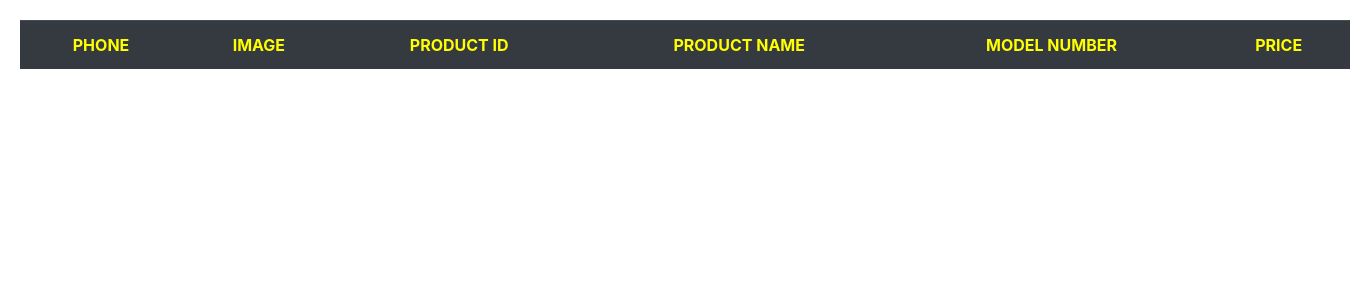
Repository: piyushj81/ComputerShop
Page: http://localhost/computershop/userCartdetailscontroller
These files come from the project's save history. The page is drawn as it stood at one moment and after the next save; the edit follows.
The browser window is 1280 px wide. The page is 1350 px wide, so the pictures cover 1350 px, including what lies to the right of the window. The pictures show the whole page.
The page is served by Tomcat 9. Other server files are loaded and not shown. Queries for data that is not in the repository find no rows.

Above is the page before, as saved 2021-10-15 10:00:25.

### computershop/WebContent/usercart.jsp
<%@page import="com.shop.dto.Cart"%>
<%@page import="com.shop.dto.Customer"%>
<%@page import="java.sql.ResultSet"%>
<%@page import="java.sql.PreparedStatement"%>
<%@page import="java.sql.Connection"%>
<%@page import="java.sql.DriverManager"%>
<%@page import="java.util.HashMap"%>
<%@page import="java.util.ArrayList"%>
<%@page import="com.shop.dto.Customer"%>
<%@ page language="java" contentType="text/html; charset=ISO-8859-1"
    pageEncoding="ISO-8859-1"%>
<!DOCTYPE html>
<html>
<head>
<meta charset="ISO-8859-1">
<title>user cart details</title>
<link rel="stylesheet" href="computershop.css">
<link rel="stylesheet"
	href="https://cdnjs.cloudflare.com/ajax/libs/font-awesome/4.7.0/css/font-awesome.min.css">
<link rel="stylesheet"
	href="https://cdn.jsdelivr.net/npm/bootstrap@4.5.3/dist/css/bootstrap.min.css"
	integrity="sha384-TX8t27EcRE3e/ihU7zmQxVncDAy5uIKz4rEkgIXeMed4M0jlfIDPvg6uqKI2xXr2"
	crossorigin="anonymous">
<script src="https://code.jquery.com/jquery-3.5.1.slim.min.js"
	integrity="sha384-DfXdz2htPH0lsSSs5nCTpuj/zy4C+OGpamoFVy38MVBnE+IbbVYUew+OrCXaRkfj"
	crossorigin="anonymous"></script>
<script
	src="https://cdn.jsdelivr.net/npm/bootstrap@4.5.3/dist/js/bootstrap.bundle.min.js"
	integrity="sha384-ho+j7jyWK8fNQe+A12Hb8AhRq26LrZ/JpcUGGOn+Y7RsweNrtN/tE3MoK7ZeZDyx"
	crossorigin="anonymous"></script>

</head>
<body>
<%

Class.forName("com.mysql.jdbc.Driver");
Customer cst = null;
Connection con = DriverManager.getConnection("jdbc:mysql://localhost:3306/shop", "root", "root");
try {
	PreparedStatement ps = con.prepareStatement("Select * from customerlogin where username= ? ");
	ps.setString(1, (String) session.getAttribute("user"));

	ResultSet rs = ps.executeQuery();
	if (rs.next()) {
		cst = new Customer(rs.getString("username"), rs.getString("phone"), rs.getString("password"));
	}
} catch (Exception e) {
	e.printStackTrace();
}

ArrayList<Cart> list2 = (ArrayList<Cart>) request.getAttribute("list2");
						if(!(list2 == null) || !(list2.isEmpty())) {


					%>

				<table style="width:175%;text-align:center; color:yellow;"    class="table table-hover table-dark tablesm"   >
					<tr>
						<th>PHONE</th>
						<th>IMAGE</th>
						<th>PRODUCT ID</th>
						<th>PRODUCT NAME</th>
						<th>MODEL NUMBER</th>
						<th>PRICE</th>

					</tr>
					<%
					for (Cart ct : list2) {
					%>

					<tr>

						<td><%=ct.getPhone() %></td>
						<td> <img alt="" src="<%=ct.getPic()%>"style ="max-height:50%; max-width:70%"> </td>
						<td><%=ct.getId() %></td>
						<td><%=ct.getPname() %></td>
						<td><%=ct.getModel()%></td>
						<td><%=ct.getPrice()%></td>

				</tr>


					<%
					}
					%>


				</table>

				<%
			}else {
				out.println("LIST NOT AVAILAIBLE");

				}
				%>
		</body>
</html>

### computershop/src/com/computershop/controller/userCartdetailscontroller.java
package com.computershop.controller;

import java.io.IOException;
import java.util.ArrayList;

import javax.servlet.RequestDispatcher;
import javax.servlet.ServletException;
import javax.servlet.annotation.WebServlet;
import javax.servlet.http.HttpServlet;
import javax.servlet.http.HttpServletRequest;
import javax.servlet.http.HttpServletResponse;

import com.shop.dto.Cart;
import com.shop.modeldao.CustomerModel;


@WebServlet("/userCartdetailscontroller")
public class userCartdetailscontroller extends HttpServlet {
	private static final long serialVersionUID = 1L;
	protected void doGet(HttpServletRequest request, HttpServletResponse response) throws ServletException, IOException {

		CustomerModel model = new CustomerModel();
		ArrayList<Cart> list2 = model.showcartitemtoadmin();
		request.setAttribute("list2", list2);
		RequestDispatcher rd = request.getRequestDispatcher("usercart.jsp");
		rd.forward(request, response);

		}


	protected void doPost(HttpServletRequest request, HttpServletResponse response) throws ServletException, IOException {



	}

}

### computershop/src/com/shop/modeldao/CustomerModel.java
package com.shop.modeldao;

import java.sql.Connection;
import java.sql.DriverManager;
import java.sql.PreparedStatement;
import java.sql.ResultSet;
import java.util.ArrayList;

import com.shop.dto.Admin;
import com.shop.dto.Cart;
import com.shop.dto.Customer;
import com.shop.dto.Form;
import com.shop.dto.Product;
import com.shop.dto.Shop;

public class CustomerModel {
	public static Connection createConnection() {
		Connection con = null;

		try {

			Class.forName("com.mysql.jdbc.Driver");
			con = DriverManager.getConnection("jdbc:mysql://localhost:3306/shop", "root", "root");

		} catch (Exception e) {
			e.printStackTrace();

		}

		return con;

	}

	public int checkCustomerlogin(String user, String password) {
		Connection con = null;
		int i = 0;
		try {
			con = createConnection();
			PreparedStatement ps = con.prepareStatement("select * from customerlogin where username=? and password=?");
			ps.setString(1, user);
			ps.setString(2, password);
			ResultSet rs = ps.executeQuery();
			if (rs.next()) {
				i = 1;
			}
		} catch (Exception e) {
			e.printStackTrace();
		}
		return i;

	}

	public int admitCustomer(Customer cst) {
		int i = 0;
		Connection con = null;
		try {
			con = createConnection();
			PreparedStatement ps = con.prepareStatement("insert into customerlogin values(?, ?, ?)");
			ps.setString(1, cst.getPhone());
			ps.setString(2, cst.getName());
			ps.setString(3, cst.getPassword());
			i = ps.executeUpdate();

		} catch (Exception e) {
			e.printStackTrace();

		}

		return i;
	}

	public int checkadminlogin(String adminusername, String pwd) {
		int i = 0;
		Connection con = null;

		try {
			con = createConnection();
			PreparedStatement ps = con
					.prepareStatement("select * from adminlogin where adminusername=? and password=?");
			ps.setString(1, adminusername);
			ps.setString(2, pwd);
			ResultSet rs = ps.executeQuery();
			if (rs.next()) {
				i = 1;
			}
		} catch (Exception e) {
			e.printStackTrace();
		}

		return i;
	}

	public ArrayList<Product> getmouseDetails() {
		ArrayList<Product> list = new ArrayList<Product>();
		try {
			Connection con = createConnection();
			PreparedStatement ps = con.prepareStatement("select * from mouse");
			ResultSet rs = ps.executeQuery();
			while (rs.next()) {
				Product pt = new Product(rs.getString("id"), rs.getString("pname"), rs.getInt("model"),
						rs.getString("price"), rs.getString("pic"));
				list.add(pt);

			}

		} catch (Exception e) {
			e.printStackTrace();
		}

		return list;
	}

	public Product selectdatafrommouseincart(String id, String phone) {
		Product pt = null;
		Connection con = null;

		try {
			con = createConnection();

			PreparedStatement ps = con.prepareStatement("select * from mouse where id=?");
			ps.setString(1, id);

			ResultSet rs = ps.executeQuery();
			if (rs.next()) {
				pt = new Product(rs.getString("id"), rs.getString("pname"), rs.getInt("model"), rs.getString("price"),
						rs.getString("pic"));

			}
		} catch (Exception e) {
			e.printStackTrace();

		}
		return pt;
	}

	public int insertproductdata(Product pt, String id, String phone) {

		int i = 0;
		Connection con = null;
		try {
			con = createConnection();
			PreparedStatement ps = con.prepareStatement("insert into cart values(?,?,?,?,?,?)");
			ps.setString(1, phone);
			ps.setString(2, id);
			ps.setString(3, pt.getPname());
			ps.setInt(4, pt.getModel());
			ps.setString(5, pt.getPrice());
			ps.setString(6, pt.getPic());
			i = ps.executeUpdate();

		} catch (Exception e) {
			e.printStackTrace();

		}

		return i;
	}

	public ArrayList<Product> getusercartdetail(String phone) {
		Product pt = null;
		ArrayList<Product> list1 = new ArrayList<Product>();
		Connection con = null;
		try {
			con = createConnection();
			PreparedStatement ps = con.prepareStatement("select * from cart where phone=?");
			ps.setString(1, phone);
			ResultSet rs = ps.executeQuery();
			while (rs.next()) {

				pt = new Product(rs.getString("id"), rs.getString("pname"), rs.getInt("model"), rs.getString("price"),
						rs.getString("pic"));

				list1.add(pt);
			}

		} catch (Exception e) {
			e.printStackTrace();

		}
		return list1;
	}

	public int deleteitem(String id) {
		Connection con = null;
		int i = 0;
		try {
			con = createConnection();
			PreparedStatement ps = con.prepareStatement("delete  from cart where id=?");
			ps.setString(1, id);
			i = ps.executeUpdate();

		} catch (Exception e) {
			e.printStackTrace();
		}
		return i;
	}

	public ArrayList<Product> getusercartdetails(String phone) {
		Product pt = null;
		ArrayList<Product> list1 = new ArrayList<Product>();
		Connection con = null;
		try {
			con = createConnection();
			PreparedStatement ps = con.prepareStatement("select * from cart where phone=?");
			ps.setString(1, phone);
			ResultSet rs = ps.executeQuery();
			while (rs.next()) {

				pt = new Product(rs.getString("id"), rs.getString("pname"), rs.getInt("model"), rs.getString("price"),
						rs.getString("pic"));

				list1.add(pt);
			}

		} catch (Exception e) {
			e.printStackTrace();

		}
		return list1;
	}

	public ArrayList<Product> getmotherboardDetails() {
		ArrayList<Product> list = new ArrayList<Product>();
		try {
			Connection con = createConnection();
			PreparedStatement ps = con.prepareStatement("select * from motherboard");
			ResultSet rs = ps.executeQuery();
			while (rs.next()) {
				Product pt = new Product(rs.getString("id"), rs.getString("pname"), rs.getInt("model"),
						rs.getString("price"), rs.getString("pic"));
				list.add(pt);

			}

		} catch (Exception e) {
			e.printStackTrace();
		}

		return list;
	}

	public Product selectdatafrommotherboardincart(String id, String phone) {
		Product pt = null;
		Connection con = null;

		try {
			con = createConnection();

			PreparedStatement ps = con.prepareStatement("select * from motherboard where id=?");
			ps.setString(1, id);

			ResultSet rs = ps.executeQuery();
			if (rs.next()) {
				pt = new Product(rs.getString("id"), rs.getString("pname"), rs.getInt("model"), rs.getString("price"),
						rs.getString("pic"));

			}
		} catch (Exception e) {
			e.printStackTrace();

		}
		return pt;
	}

	public ArrayList<Product> getcpuDetails() {
		ArrayList<Product> list = new ArrayList<Product>();
		try {
			Connection con = createConnection();
			PreparedStatement ps = con.prepareStatement("select * from cpu");
			ResultSet rs = ps.executeQuery();
			while (rs.next()) {
				Product pt = new Product(rs.getString("id"), rs.getString("pname"), rs.getInt("model"),
						rs.getString("price"), rs.getString("pic"));
				list.add(pt);

			}

		} catch (Exception e) {
			e.printStackTrace();
		}

		return list;
	}

	public Product selectdatafromcpuincart(String id, String phone) {
		Product pt = null;
		Connection con = null;

		try {
			con = createConnection();

			PreparedStatement ps = con.prepareStatement("select * from cpu where id=?");
			ps.setString(1, id);

			ResultSet rs = ps.executeQuery();
			if (rs.next()) {
				pt = new Product(rs.getString("id"), rs.getString("pname"), rs.getInt("model"), rs.getString("price"),
						rs.getString("pic"));

			}
		} catch (Exception e) {
			e.printStackTrace();

		}
		return pt;
	}

	public ArrayList<Product> getmonitorDetails() {
		ArrayList<Product> list = new ArrayList<Product>();
		try {
			Connection con = createConnection();
			PreparedStatement ps = con.prepareStatement("select * from monitor");
			ResultSet rs = ps.executeQuery();
			while (rs.next()) {
				Product pt = new Product(rs.getString("id"), rs.getString("pname"), rs.getInt("model"),
						rs.getString("price"), rs.getString("pic"));
				list.add(pt);

			}

		} catch (Exception e) {
			e.printStackTrace();
		}

		return list;
	}

	public Product selectdatafrommonitorincart(String id, String phone) {
		Product pt = null;
		Connection con = null;

		try {
			con = createConnection();

			PreparedStatement ps = con.prepareStatement("select * from monitor where id=?");
			ps.setString(1, id);

			ResultSet rs = ps.executeQuery();
			if (rs.next()) {
				pt = new Product(rs.getString("id"), rs.getString("pname"), rs.getInt("model"), rs.getString("price"),
						rs.getString("pic"));

			}
		} catch (Exception e) {
			e.printStackTrace();

		}
		return pt;


	}

	public ArrayList<Product> getfanDetails() {
		ArrayList<Product> list = new ArrayList<Product>();
		try {
			Connection con = createConnection();
			PreparedStatement ps = con.prepareStatement("select * from fan");
			ResultSet rs = ps.executeQuery();
			while (rs.next()) {
				Product pt = new Product(rs.getString("id"), rs.getString("pname"), rs.getInt("model"),
						rs.getString("price"), rs.getString("pic"));
				list.add(pt);

			}

		} catch (Exception e) {
			e.printStackTrace();
		}

		return list;
	}

	public Product selectdatafromfanincart(String id, String phone) {
		Product pt = null;
		Connection con = null;

		try {
			con = createConnection();

			PreparedStatement ps = con.prepareStatement("select * from fan where id=?");
			ps.setString(1, id);

			ResultSet rs = ps.executeQuery();
			if (rs.next()) {
				pt = new Product(rs.getString("id"), rs.getString("pname"), rs.getInt("model"), rs.getString("price"),
						rs.getString("pic"));

			}
		} catch (Exception e) {
			e.printStackTrace();

		}
		return pt;




	}

	public ArrayList<Product> getramDetails() {
		ArrayList<Product> list = new ArrayList<Product>();
		try {
			Connection con = createConnection();
			PreparedStatement ps = con.prepareStatement("select * from ram");
			ResultSet rs = ps.executeQuery();
			while (rs.next()) {
				Product pt = new Product(rs.getString("id"), rs.getString("pname"), rs.getInt("model"),
						rs.getString("price"), rs.getString("pic"));
				list.add(pt);

			}

		} catch (Exception e) {
			e.printStackTrace();
		}

		return list;
	}

	public Product selectdatafromramincart(String id, String phone) {
		Product pt = null;
		Connection con = null;

		try {
			con = createConnection();

			PreparedStatement ps = con.prepareStatement("select * from ram where id=?");
			ps.setString(1, id);

			ResultSet rs = ps.executeQuery();
			if (rs.next()) {
				pt = new Product(rs.getString("id"), rs.getString("pname"), rs.getInt("model"), rs.getString("price"),
						rs.getString("pic"));

			}
		} catch (Exception e) {
			e.printStackTrace();

		}
		return pt;





			}

	public ArrayList<Product> getkeyboardDetails() {
		ArrayList<Product> list = new ArrayList<Product>();
		try {
			Connection con = createConnection();
			PreparedStatement ps = con.prepareStatement("select * from keyboard");
			ResultSet rs = ps.executeQuery();
			while (rs.next()) {
				Product pt = new Product(rs.getString("id"), rs.getString("pname"), rs.getInt("model"),
						rs.getString("price"), rs.getString("pic"));
				list.add(pt);

			}

		} catch (Exception e) {
			e.printStackTrace();
		}

		return list;
	}

	public Product selectdatafromkeyboardincart(String id, String phone) {
		Product pt = null;
		Connection con = null;

		try {
			con = createConnection();

			PreparedStatement ps = con.prepareStatement("select * from keyboard where id=?");
			ps.setString(1, id);

			ResultSet rs = ps.executeQuery();
			if (rs.next()) {
				pt = new Product(rs.getString("id"), rs.getString("pname"), rs.getInt("model"), rs.getString("price"),
						rs.getString("pic"));

			}
		} catch (Exception e) {
			e.printStackTrace();

		}
		return pt;

	}

	public ArrayList<Cart> showcartitemtoadmin() {

	 ArrayList<Cart> list2 = new ArrayList<Cart>();
	 try {
	  Connection con = createConnection();

	 PreparedStatement ps = con.prepareStatement("select * from cart");

	 ResultSet rs = ps.executeQuery();
		while (rs.next()) {
			Cart ct = new Cart(rs.getString("phone"),rs.getString("id"), rs.getString("pname"),rs.getInt("model"), rs.getString("price"),rs.getString("pic"));
			list2.add(ct);
		}
	 }catch(Exception e){
			e.printStackTrace();

		}


	return list2;

	}

	public int insertshoppingDetails(String id, String cname,Shop s) {
		int i=0;
		Connection con = null;
		try {
			con = createConnection();
			PreparedStatement ps =	con.prepareStatement("insert into shopping values(?,?,?,?,?,?,?,?,?,?,?)");
			ps.setString(1, id);
			ps.setString(2, s.getPhone());
			ps.setString(3, cname);
			ps.setString(4, s.getPic());
			ps.setString(5, s.getPname());
			ps.setInt(6, s.getModel());

			ps.setString(7, s.getPrice());
			ps.setString(8, null);
			ps.setString(9, null);
			ps.setString(10,null);

			ps.setString(11,null);

			i = ps.executeUpdate();

		} catch (Exception e) {
			e.printStackTrace();

	}
		return i;
	}

	public Shop selectshoppingDetailsfromcarttable(String id,String cname) {
		 Shop s = null;
		 Connection con = null;

		try {
			   con = createConnection();

			 PreparedStatement ps = con.prepareStatement("select * from cart where id=?");
			ps.setString(1, id);
			 ResultSet rs = ps.executeQuery();
				while (rs.next()) {
					s  = new Shop(rs.getString("id"),rs.getString("phone"), rs.getString("pname"),rs.getInt("model"), rs.getString("price"),rs.getString("pic"));

				}



			 }catch(Exception e){
					e.printStackTrace();

				}

			return s;
				}

	public int updatedetailsinshopping(Form f) {

		int i = 0;
		Connection con = null;
		try {
			con = createConnection();
			PreparedStatement ps = con.prepareStatement("update shopping set address=?, city=?,pincode=? ,state=?  where phone=?");
			ps.setString(1, f.getAddress());

			ps.setString(2, f.getCity());
			ps.setString(3, f.getPincode());
			ps.setString(4, f.getState());
			ps.setString(5, f.getPhone());
			i = ps.executeUpdate();





		} catch (Exception e) {
			e.printStackTrace();

		}
		return i;
	}

	public ArrayList<Admin> getshoppingDetails() {

		ArrayList<Admin> list = new ArrayList<Admin>();
		Connection con = null;

		try {
			con = createConnection();
			PreparedStatement ps = con.prepareStatement("select * from shopping");

			ResultSet rs = ps.executeQuery();

			while(rs.next())	{
				Admin a = new Admin(rs.getString("id"),rs.getString("phone"),rs.getString("cname"),rs.getString("pic"),rs.getString("pname"),rs.getInt("model"),rs.getString("price"),rs.getString("address"),rs.getString("city"),rs.getString("pincode"),rs.getString("state"));
				list.add(a);

			}
		}catch (Exception e) {

			e.printStackTrace();

		}


		return list;
}

}

### computershop/WebContent/computershop.css
.left{
    margin: -21px auto;
    margin-left: -20px;
    padding: 9px;
    background-color: black;
    width: 178%;
}
.left a{
    text-decoration: none;
    color: white;
}
.left a:hover{
    background-color: red;
    text-decoration: none;
    color: white;
}
.left button{
    width: 9%;
}
.left button:hover{
    background-color: yellow;


}
.leftright{
    float: right;
}
.mid{
    text-decoration: none;
    height: 99px;
    background-color:black;
    display: block;
    width: 178%;
    margin: 22px auto;
    margin-left: -20px;
    top:20px;
    padding: 20px;
}
.right{
    position: absolute;

    right: 60px;
    top: 42%;
    display: inline-block;
    padding: 23px;
    width: 85%;
    height: 50%;
}
.navbar{
display: inline-block;
}
.navbar li{
    display: inline-block;
    font-size: 17px;

}
.navbar li a{
color:white;
text-decoration: none;
padding: 27px;
}
.navbar li a:hover{
    background-color:red;
    text-decoration: none;
    width:70px;
    }

.peripheral{
    color:red;

    width: 167%;

}
.image {
    height: 120%;
     width: 100%;


    }
.image a:hover{
    text-decoration: none;
    background-color: yellow;
    width:150%;
    color: tomato;
}

#myho:hover{
    height: 150px;
    width: 150px;

}

.footer{
    position: absolute;
background-color:  black;
margin-left: -20px;
bottom: -230px;
  width: 100%;
  height: 40%;
  padding: 10px;
}

.footerleft li{
    list-style-type: none;
}
.footerright li{
    list-style-type: none;
}

.footerleft li a{
    text-decoration: none;
    color: white;

}
.footerleft li a:hover{
background-color: red;
text-decoration: none;

}
.footerright li a{
    text-decoration: none;
    color: white;

}
.footerright li a:hover{
    background-color: red;
text-decoration: none;

}
.fa {
    padding: 10px;
    font-size: 70px;
    width: 72px;
    text-align: center;
    text-decoration: none;
    border-radius: 70%;
    background-color: #ffffff ;
}
.fa:hover{
    text-decoration: none;
    background-color: skyblue;

}


  body {
    font-family: Arial;
    margin: 0 auto; /* Center website */
    max-width: 800px; /* Max width */
    padding: 20px;
  }

  .heading {
    font-size: 25px;
    margin-right: 25px;
  }

  .fa {
    font-size: 100px;
  }

  .checked:hover {
      background-color: white;
    color: orange;
  }

   .pics{


    padding: 40px;
    width: 127%;
    margin-left: 300px;

  }
  .pics a{
    -webkit-font-smoothing: auto;
    text-decoration: none;
    color: black;

}
.pics a:hover{
    background-color: red;
    text-decoration: none;
    }
    .centrediv{

        margin-top: -2700px;
    }
    @import url('https://fonts.googleapis.com/css?family=Raleway:100,200,300,400,500,600,700,800,900&display=swap');
html,body {
    font-family: 'Raleway', sans-serif;
}
.thankyou-page ._header {
    background: #fee028;
    padding: 100px 30px;
    text-align: center;
    background: #fee028 url(https://codexcourier.com/images/main_page.jpg) center/cover no-repeat;
}
.thankyou-page ._header .logo {
    max-width: 200px;
    margin: 0 auto 50px;
}
.thankyou-page ._header .logo img {
    width: 100%;
}
.thankyou-page ._header h1 {
    font-size: 65px;
    font-weight: 800;
    color: white;
    margin: 0;
}
.thankyou-page ._body {
    margin: -70px 0 30px;
}
.thankyou-page ._body ._box {
    margin: auto;
    max-width: 80%;
    padding: 50px;
    background: white;
    border-radius: 3px;
    box-shadow: 0 0 35px rgba(10, 10, 10,0.12);
    -moz-box-shadow: 0 0 35px rgba(10, 10, 10,0.12);
    -webkit-box-shadow: 0 0 35px rgba(10, 10, 10,0.12);
}
.thankyou-page ._body ._box h2 {
    font-size: 32px;
    font-weight: 600;
    color: #4ab74a;
}
.thankyou-page ._footer {
    text-align: center;
    padding: 50px 30px;
}

.thankyou-page ._footer .btn {
    background: #4ab74a;
    color: white;
    border: 0;
    font-size: 14px;
    font-weight: 600;
    border-radius: 0;
    letter-spacing: 0.8px;
    padding: 20px 33px;
    text-transform: uppercase;
}

After the next save:
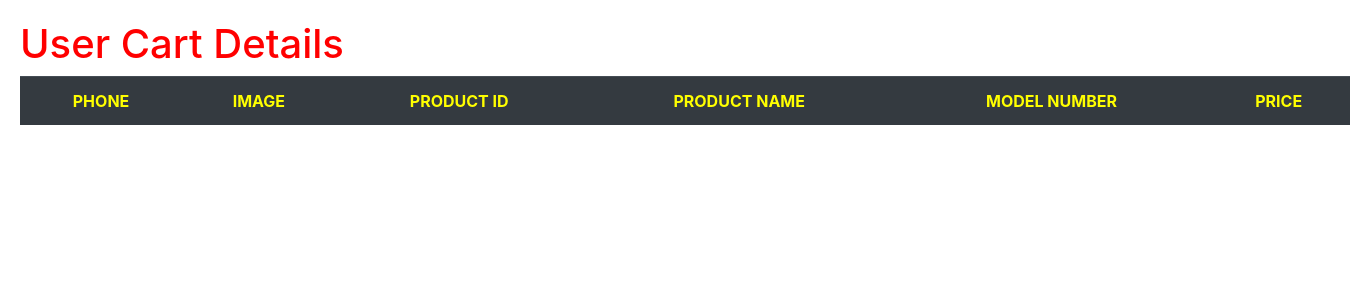
Saved 82 s later.
--- a/computershop/WebContent/usercart.jsp
+++ b/computershop/WebContent/usercart.jsp
@@ -31,6 +31,8 @@
 
 </head>
 <body>
+<h1 style="color:red;">User Cart Details </h1>
+
 <%
 
 Class.forName("com.mysql.jdbc.Driver");
